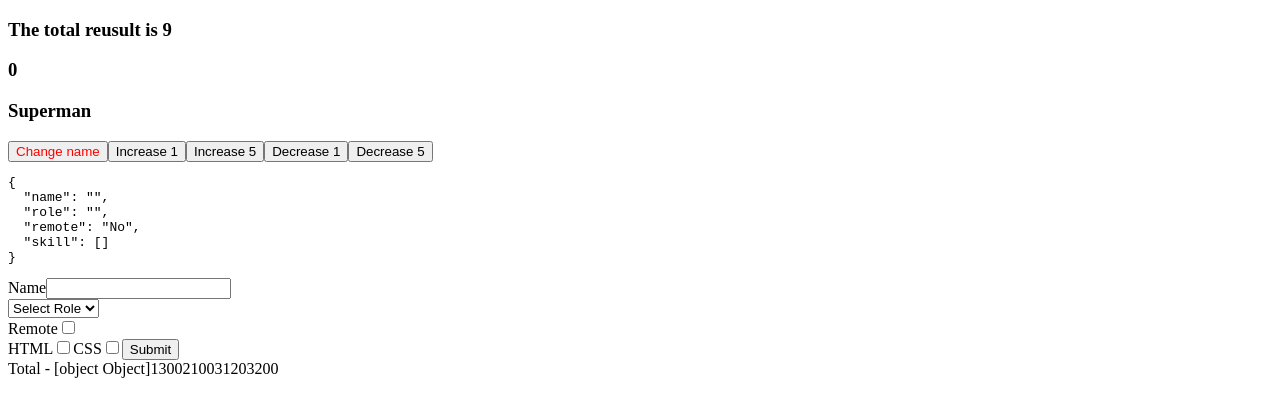
Repository: KZH2001/Vue_Practice
Page: / (app in Tutorial/)
The author's editor kept a copy of each file at every save. The page is drawn from the files as they stood at one save, then again after the next save.
The browser window is 1280 px wide. The pictures show the whole page.
The project was rebuilt for these pictures with package versions that can differ from the ones it lists, and the page was loaded fresh each time. Also part of the build but not shown: Tutorial/vite.config.js.

Above is the page before, as saved 2026-01-20 20:30:36.

After the next save:
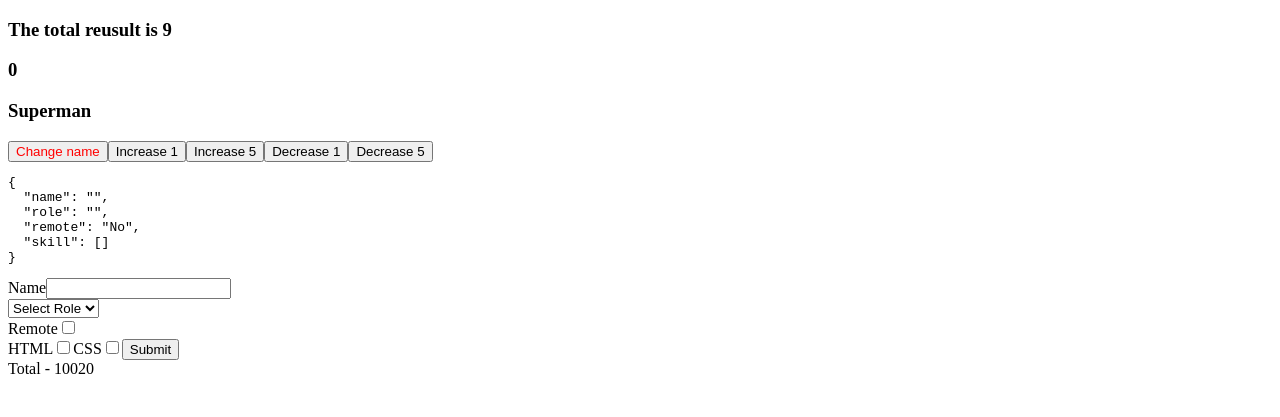
Saved 70 s later.
--- a/Tutorial/src/App.vue
+++ b/Tutorial/src/App.vue
@@ -39,7 +39,7 @@
   </form>
 
 
-  <di>Total - {{ items.reduce((total,curr)=> (total =  total + curr.price)) }}</di>
+  <di>Total - {{ items.reduce((total,curr)=> (total =  total + curr.price),0) }}</di>
   </template>
 
   <style scoped>
